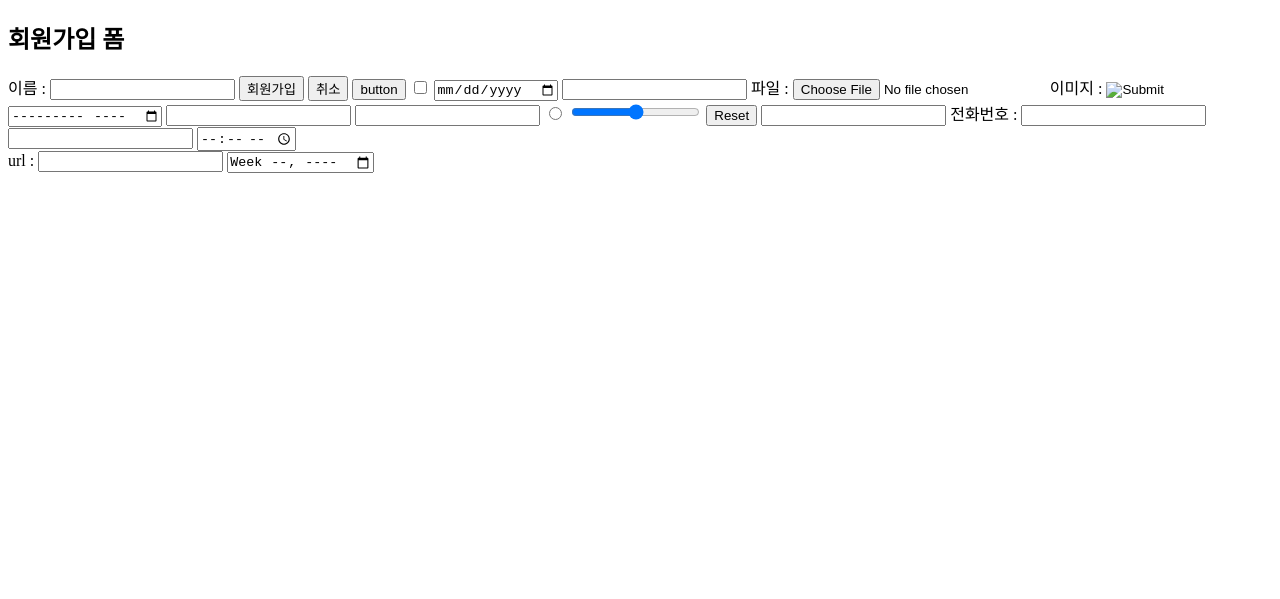
Repository: ssleap/multicampusIoT
Page: workspace190520/edu1/WebContent/member.html
These files come from the project's save history. The page is drawn as it stood at one moment and after the next save; the edit follows.
The browser window is 1280 px wide. The pictures show the whole page.

Above is the page before, as saved 2019-05-22 02:44:07.

### workspace190520/edu1/WebContent/member.html
<!DOCTYPE html>
<html>
<head>
<meta charset="UTF-8">
<meta name = "viewport" content ="width=device-width, initial-scale=1">
<title>회원가입 폼</title>
</head>
<body>

	<h2>회원가입 폼</h2>

	<form action="" method = "post">

		이름 : <input type = "text" name = "" value = "">
		<input type = "submit" value = "회원가입">
		<input type = "reset" value = "취소">
		<input type = "button" value = "button">
		<input type = "checkbox">
		<input type = "date">
		<input type = "email">
		파일 : <input type = "file">
		<input type = "hidden">
		이미지 : <input type = "image">
		<input type = "month">
		<input type = "number">
		<input type = "password">
		<input type = "radio">
		<input type = "range">
		<input type = "reset">
		<input type = "search">
		전화번호 : <input type = "tel">
		<input type = "text">
		<input type = "time">
		<br>
		url : <input type = "url">
		<input type = "week">

	</form>

</body>
</html>

After the next save:
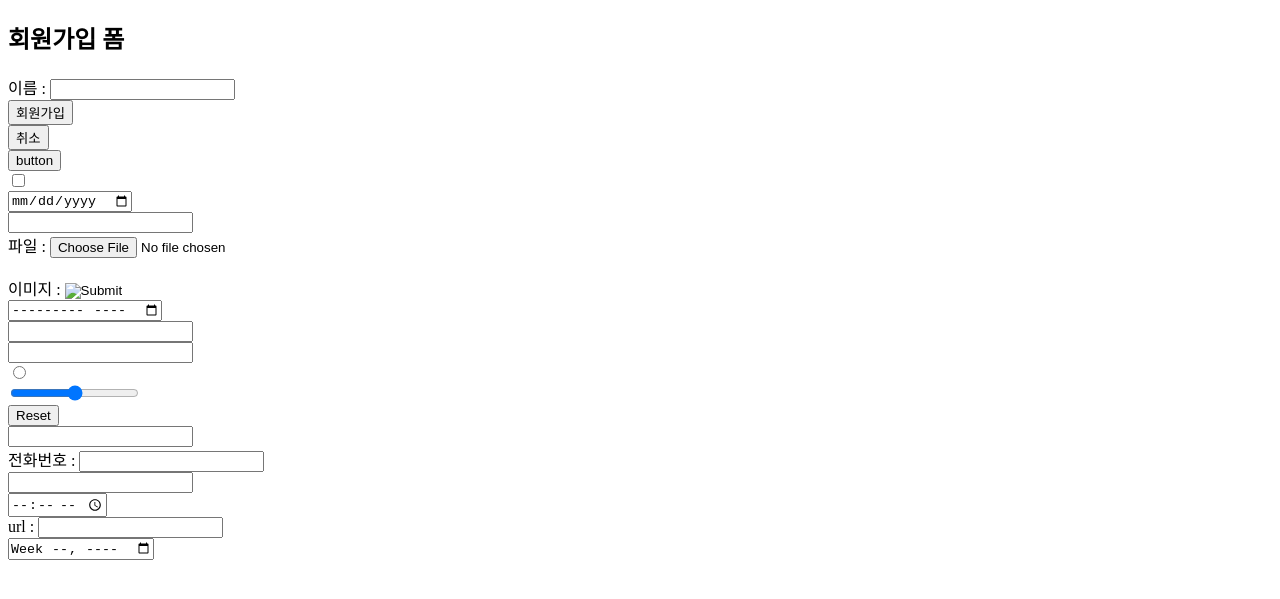
Saved 36 s later.
--- a/workspace190520/edu1/WebContent/member.html
+++ b/workspace190520/edu1/WebContent/member.html
@@ -11,29 +11,28 @@
 
 	<form action="" method = "post">
 
-		이름 : <input type = "text" name = "" value = "">
-		<input type = "submit" value = "회원가입">
-		<input type = "reset" value = "취소">
-		<input type = "button" value = "button">
-		<input type = "checkbox">
-		<input type = "date">
-		<input type = "email">
-		파일 : <input type = "file">
-		<input type = "hidden">
-		이미지 : <input type = "image">
-		<input type = "month">
-		<input type = "number">
-		<input type = "password">
-		<input type = "radio">
-		<input type = "range">
-		<input type = "reset">
-		<input type = "search">
-		전화번호 : <input type = "tel">
-		<input type = "text">
-		<input type = "time">
-		<br>
-		url : <input type = "url">
-		<input type = "week">
+		이름 : <input type = "text" name = "" value = ""><br>
+		<input type = "submit" value = "회원가입"><br>
+		<input type = "reset" value = "취소"><br>
+		<input type = "button" value = "button"><br>
+		<input type = "checkbox"><br>
+		<input type = "date"><br>
+		<input type = "email"><br>
+		파일 : <input type = "file"><br>
+		<input type = "hidden"><br>
+		이미지 : <input type = "image"><br>
+		<input type = "month"><br>
+		<input type = "number"><br>
+		<input type = "password"><br>
+		<input type = "radio"><br>
+		<input type = "range"><br>
+		<input type = "reset"><br>
+		<input type = "search"><br>
+		전화번호 : <input type = "tel"><br>
+		<input type = "text"><br>
+		<input type = "time"><br>
+		url : <input type = "url"><br>
+		<input type = "week"><br>
 
 	</form>
 
